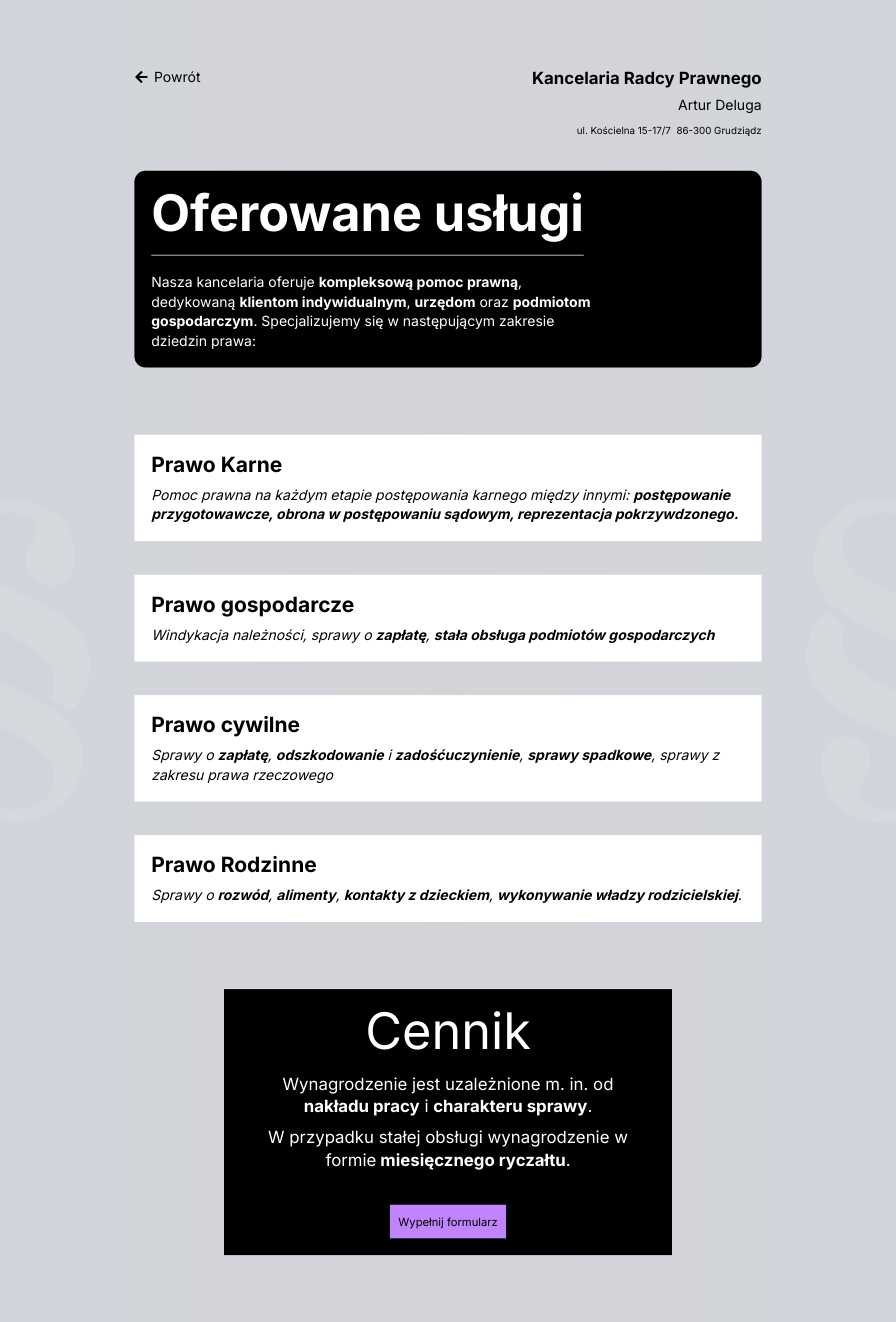
Repository: wesiudev/kancelaria-artur-deluga
Page: /oferta
These files come from the project's save history. The page is drawn as it stood at one moment and after the next save; the edit follows.
The browser window is 1280 px wide. The pictures show the whole page, at 70% of full size.
The project was rebuilt for these pictures with package versions that can differ from the ones it lists, and the page was loaded fresh each time. The framework's server and built-in components were replaced by stand-ins that run in the browser. Also part of the build but not shown: next.config.js.

Above is the page before, as saved 2023-08-09 16:34:42.

### app/layout.tsx
import "./globals.css";
import type { Metadata } from "next";
import { Inter } from "next/font/google";

const inter = Inter({ subsets: ["latin"] });

export const metadata: Metadata = {
  title: "Kancelaria Radcy Prawnego Artur Deluga",
  description:
    "Kancelaria Radcy Prawnego Grudziądz Prawo Karne, Pracwo cywilne, Prawo gospodarcze, Prawo Rodzinne. ul. Kościelna 15-17/7 86-300 Grudziądz. Pomoc prawna na każdym etapie postępowania karnego (postępowanie przygotowawcze, obrona w postępowaniu sądowym, reprezentacja pokrzywdzonego, etc.)",
  viewport: "width=device-width, initial-scale=1",
  icons: {
    icon: "/favicon.png",
  },
};

export default function RootLayout({
  children,
}: {
  children: React.ReactNode;
}) {
  return (
    <html lang="pl" className="scroll-smooth ">
      <body className={inter.className}>{children}</body>
    </html>
  );
}

### app/oferta/page.tsx
"use client";
import Image from "next/image";
import paragraphImage from "@/app/assets/paragraph.png";
import Link from "next/link";
import { FaArrowLeft } from "react-icons/fa";
import { useState } from "react";
const sendContactForm = async (data: any) =>
  fetch("/api/mail", {
    method: "POST",
    body: JSON.stringify(data),
    headers: { "Content-Type": "application/json", Accept: "application/json" },
  }).then((res) => {
    if (!res.ok) throw new Error("Failed to send message");
    return res.json();
  });

export default function OfferMobile() {
  const [isContactOpen, setContactOpen] = useState(false);
  const [firstName, setFirstName] = useState<string>("");
  const [email, setEmail] = useState<string>("");
  const [message, setMessage] = useState<string>("");

  const onSubmit = async () => {
    try {
      await sendContactForm({
        firstName: firstName,
        email: email,
        message: message,
      });
    } catch (error) {}
  };
  return (
    <div className="w-full mx-auto z-[2000] bg-gradient-to-r from-gray-300 via-zinc-300 to-gray-300 overflow-x-hidden text-black">
      <div className="flex flex-col space-x-[100px] min-h-screen items-center py-24">
        <div className="flex flex-col w-[85vw] lg:w-[70vw] 2xl:w-[60vw] min-h-screen justify-center ">
          <Image
            src={paragraphImage}
            alt="Paragraf obrazek w tle"
            width={224}
            height={224}
            className="fixed opacity-10 -left-24 "
          />
          <Image
            src={paragraphImage}
            alt="Paragraf obrazek w tle"
            width={224}
            height={224}
            className="fixed opacity-10 -right-24 rotate-180"
          />
          <div className="flex flex-col justify-between w-full">
            <div className="flex flex-row justify-between">
              <div className="w-1/2">
                <Link
                  className="group flex flex-row items-center mb-12 text-xl w-max"
                  href="/"
                >
                  <FaArrowLeft className="mr-2" />
                  <span className="hover:underline hover:underline-offset-4">
                    {" "}
                    Powrót
                  </span>
                </Link>
              </div>
              <div>
                <h1 className="text-xl lg:text-2xl text-right sm:text-left font-bold">
                  Kancelaria Radcy Prawnego
                </h1>
                <div className="w-full flex justify-end">
                  <h2 className="text-xl mb-12 lg:mb-0 mt-2">Artur Deluga</h2>
                </div>
                <div
                  className={` flex-row space-x-2 text-sm justify-end mt-3 mb-12 hidden lg:flex`}
                >
                  <div>ul. Kościelna 15-17/7</div>
                  <div>86-300 Grudziądz</div>
                </div>
              </div>
            </div>

            <div className="p-6 rounded-2xl bg-black text-white">
              <div className="w-max">
                <h1 className="w-max text-4xl md:text-5xl lg:text-7xl  font-bold">
                  Oferowane usługi
                </h1>
                <div className="h-px w-full my-6 bg-white" />
              </div>

              <h2 className="text-left text-xl w-full lg:w-3/4 ">
                Nasza kancelaria oferuje{" "}
                <span className="font-bold"> kompleksową pomoc prawną</span>,
                dedykowaną{" "}
                <span className="font-bold">klientom indywidualnym</span>,{" "}
                <span className="font-bold">urzędom</span> oraz{" "}
                <span className="font-bold">podmiotom gospodarczym</span>.
                Specjalizujemy się w następującym zakresie dziedzin prawa:
              </h2>
            </div>
          </div>
          <div className="relative text-black flex flex-col space-y-12 mt-24">
            <div className="max-h-[50vh] border-0 hover:scale-105 duration-300 hover:bg-opacity-100 cursor-default   bg-white  flex flex-col p-6 justify-between">
              <h1 className="text-xl lg:text-3xl font-bold">Prawo Karne</h1>
              <p className="text-sm sm:text-xl mt-3 italic">
                Pomoc prawna na każdym etapie postępowania karnego między
                innymi:{" "}
                <span className="font-bold">
                  postępowanie przygotowawcze, obrona w postępowaniu sądowym,
                  reprezentacja pokrzywdzonego.
                </span>
              </p>
            </div>
            <div className="max-h-[50vh] border-0 hover:scale-105 duration-300 hover:bg-opacity-100 cursor-default   bg-white  flex flex-col justify-between p-6">
              <h1 className="text-xl lg:text-3xl font-bold">
                Prawo gospodarcze
              </h1>
              <p className="text-sm sm:text-xl mt-3 italic">
                Windykacja należności, sprawy o{" "}
                <span className="font-bold">zapłatę</span>,{" "}
                <span className="font-bold">
                  stała obsługa podmiotów gospodarczych
                </span>
              </p>
            </div>

            <div className="max-h-[50vh] border-0 hover:scale-105 duration-300 hover:bg-opacity-100 cursor-default  bg-white  flex flex-col p-6 justify-between">
              <h1 className="text-xl lg:text-3xl font-bold">Prawo cywilne</h1>
              <p className="text-sm sm:text-xl mt-3 italic">
                Sprawy o <span className="font-bold">zapłatę</span>,{" "}
                <span className="font-bold">odszkodowanie</span> i{" "}
                <span className="font-bold">zadośćuczynienie</span>,{" "}
                <span className="font-bold">sprawy spadkowe</span>, sprawy z
                zakresu prawa rzeczowego
              </p>
            </div>
            <div className="max-h-[50vh] border-0 hover:scale-105 duration-300 hover:bg-opacity-100 cursor-default   bg-white  flex flex-col p-6 justify-between">
              <h1 className="text-xl lg:text-3xl font-bold">Prawo Rodzinne</h1>
              <p className="text-sm sm:text-xl mt-3 italic">
                Sprawy o <span className="font-bold">rozwód</span>,{" "}
                <span className="font-bold">alimenty</span>,{" "}
                <span className="font-bold">kontakty z dzieckiem</span>,{" "}
                <span className="font-bold">
                  wykonywanie władzy rodzicielskiej
                </span>
                .
              </p>
            </div>
          </div>
          <div className="text-white flex flex-col h-max my-auto px-3 lg:px-12  text-center relative w-[85vw] mt-12 lg:w-[50vw] lg:mx-auto lg:mt-24 bg-black  lg:py-6">
            <h1 className="text-5xl lg:text-7xl ">Cennik</h1>
            <p className="mt-6 text-base lg:text-2xl">
              Wynagrodzenie jest uzależnione m. in. od{" "}
              <span className="font-bold"> nakładu pracy</span> i{" "}
              <span className="font-bold">charakteru sprawy</span>.
            </p>
            <p className="mt-3 text-sm lg:text-2xl">
              W przypadku stałej obsługi wynagrodzenie w formie
              <span className="font-bold"> miesięcznego ryczałtu</span>.
            </p>
            <button
              onClick={() => setContactOpen(true)}
              className=" p-3 bg-purple-400 hover:bg-purple-300 duration-300 text-black mt-12 w-max mx-auto"
            >
              Wypełnij formularz
            </button>
          </div>
          <div
            className={` flex-row space-x-2 text-sm justify-center mt-12 flex lg:hidden z-[1000]`}
          >
            <div>ul. Kościelna 15-17/7</div>
            <div>86-300 Grudziądz</div>
          </div>
        </div>
      </div>
      <div
        className={`w-[80vw] fixed left-[50%] -translate-x-[50%] top-[50%] -translate-y-[50%] bg-gradient-to-bl from-black to-zinc-800 lg:w-max h-max px-12 rounded-3xl py-6 duration-300 ${
          isContactOpen ? "z-[2000] opacity-100" : "z-[-1000] opacity-0"
        }`}
      >
        <h1 className="text-3xl text-center">Kontakt</h1>

        <div className="flex flex-col space-y-3 mt-6 lg:mt-12">
          <div className="flex flex-col lg:flex-row lg:space-x-3">
            <div className="flex flex-col">
              Imię{" "}
              <input
                onChange={(e) => setFirstName(e.target.value)}
                value={firstName}
                id="fName"
                type="text"
                className="mt-2 text-black"
              />
            </div>
            <div className="flex flex-col mt-3 lg:mt-0">
              Email{" "}
              <input
                onChange={(e) => setEmail(e.target.value)}
                value={email}
                type="text"
                className="mt-2 text-black"
              />
            </div>
          </div>
          <div className="flex flex-col mt-2">
            Treść{" "}
            <textarea
              onChange={(e) => setMessage(e.target.value)}
              value={message}
              className="h-full resize-none text-black"
            ></textarea>
          </div>
        </div>
        <div className="w-full flex space-x-3">
          <button
            onClick={() => setContactOpen(false)}
            className="w-1/2 hover:underline py-2 mt-8"
          >
            Powrót
          </button>
          <button
            onClick={onSubmit}
            className="w-1/2 bg-purple-400 hover:bg-purple-300 duration-300 py-2 mt-8"
          >
            Wyślij
          </button>
        </div>
      </div>
    </div>
  );
}

### app/globals.css
@tailwind base;
@tailwind components;
@tailwind utilities;

:root {
  --foreground-rgb: 0, 0, 0;
  --background-start-rgb: 214, 219, 220;
  --background-end-rgb: 255, 255, 255;
}

@media (prefers-color-scheme: dark) {
  :root {
    --foreground-rgb: 255, 255, 255;
    --background-start-rgb: 0, 0, 0;
    --background-end-rgb: 0, 0, 0;
  }
}

body {
  color: rgb(var(--foreground-rgb));
  background: linear-gradient(
      to bottom,
      transparent,
      rgb(var(--background-end-rgb))
    )
    rgb(var(--background-start-rgb));
}

.expand {
  position: relative;
  text-decoration: none;
  display: inline-block;
}
.expand:after {
  display: block;
  content: "";
  border-bottom: solid 3px white;
  transform: scaleX(0);
  transition: transform 250ms ease-in-out;
  transform-origin: 100% 50%;
}
.expand:hover:after {
  transform: scaleX(1);
  transform-origin: 0 50%;
}

.caps {
  font-variant: small-caps;
}
html {
  scroll-behavior: smooth;
  color: #1a1a1a;
}

Loaded but not shown: tailwind.config.js (common file)

After the next save:
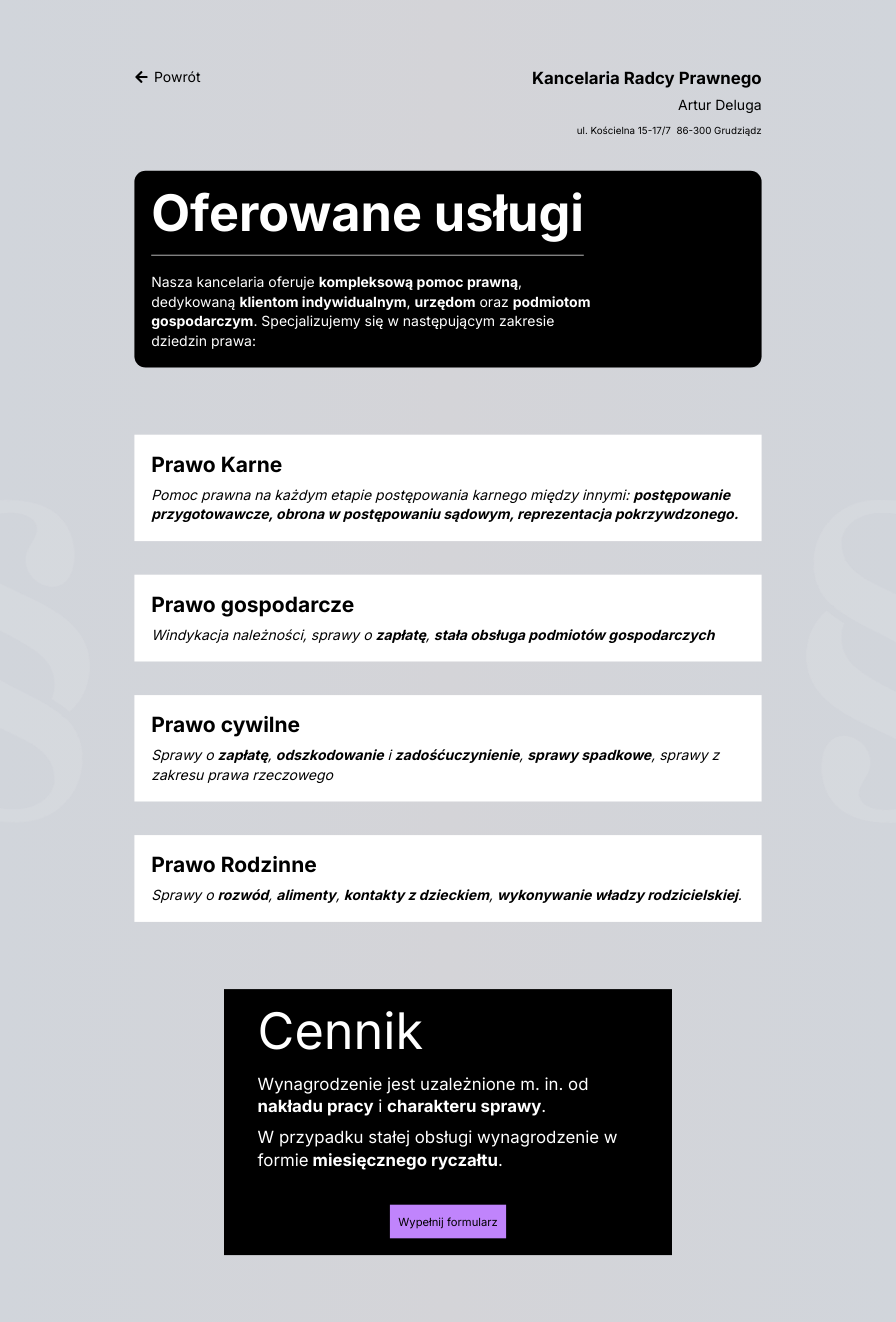
Saved 22 s later.
--- a/app/oferta/page.tsx
+++ b/app/oferta/page.tsx
@@ -144,7 +144,7 @@
               </p>
             </div>
           </div>
-          <div className="text-white flex flex-col h-max my-auto px-3 lg:px-12  text-center relative w-[85vw] mt-12 lg:w-[50vw] lg:mx-auto lg:mt-24 bg-black  lg:py-6">
+          <div className="text-white flex flex-col h-max my-auto px-3 lg:px-12  text-left relative w-[85vw] mt-12 lg:w-[50vw] lg:mx-auto lg:mt-24 bg-black  lg:py-6">
             <h1 className="text-5xl lg:text-7xl ">Cennik</h1>
             <p className="mt-6 text-base lg:text-2xl">
               Wynagrodzenie jest uzależnione m. in. od{" "}

After the save that followed:
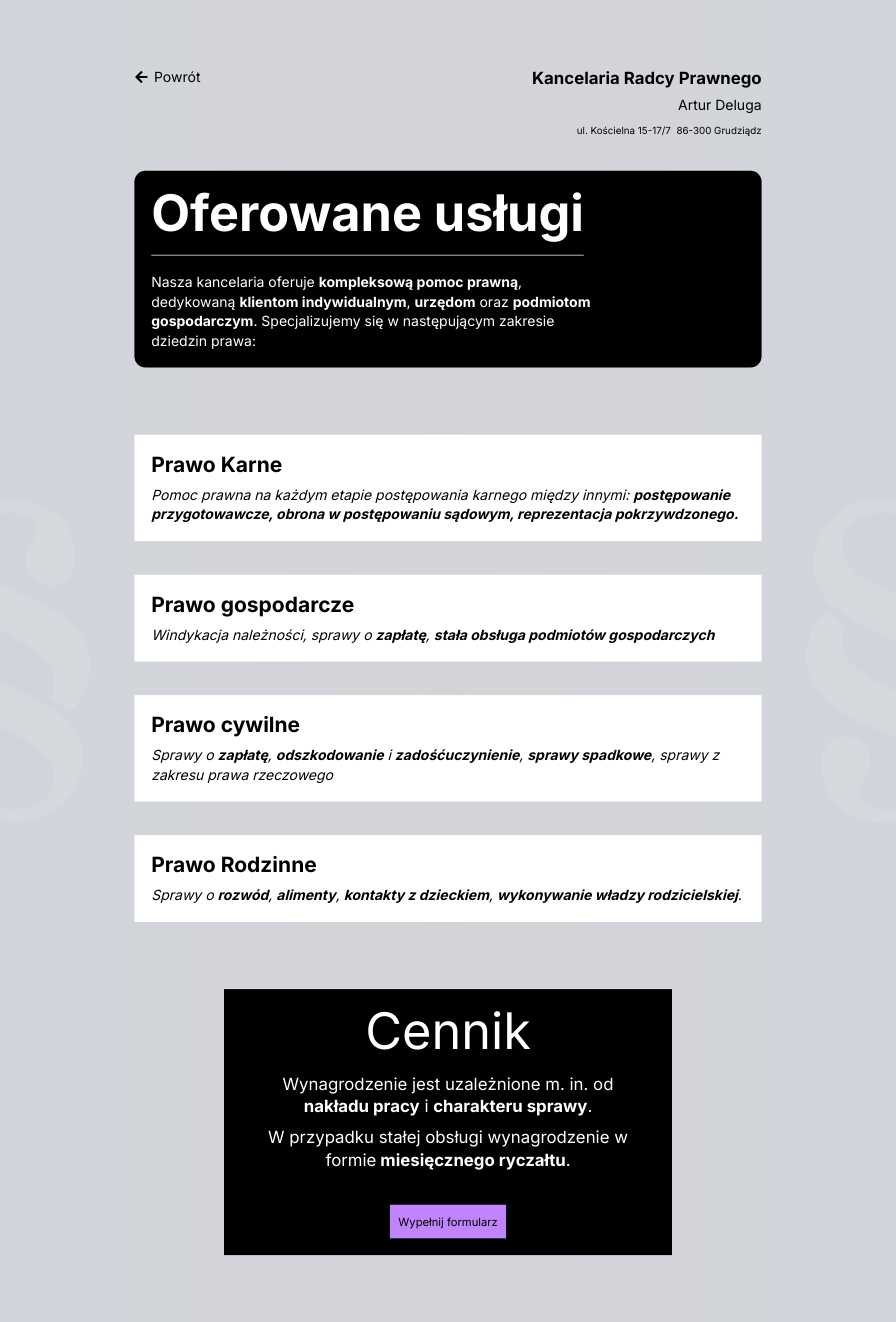
Saved 5 s later.
--- a/app/oferta/page.tsx
+++ b/app/oferta/page.tsx
@@ -144,7 +144,7 @@
               </p>
             </div>
           </div>
-          <div className="text-white flex flex-col h-max my-auto px-3 lg:px-12  text-left relative w-[85vw] mt-12 lg:w-[50vw] lg:mx-auto lg:mt-24 bg-black  lg:py-6">
+          <div className="text-white flex flex-col h-max my-auto px-3 lg:px-12  text-center relative w-[85vw] mt-12 lg:w-[50vw] lg:mx-auto lg:mt-24 bg-black  lg:py-6">
             <h1 className="text-5xl lg:text-7xl ">Cennik</h1>
             <p className="mt-6 text-base lg:text-2xl">
               Wynagrodzenie jest uzależnione m. in. od{" "}
